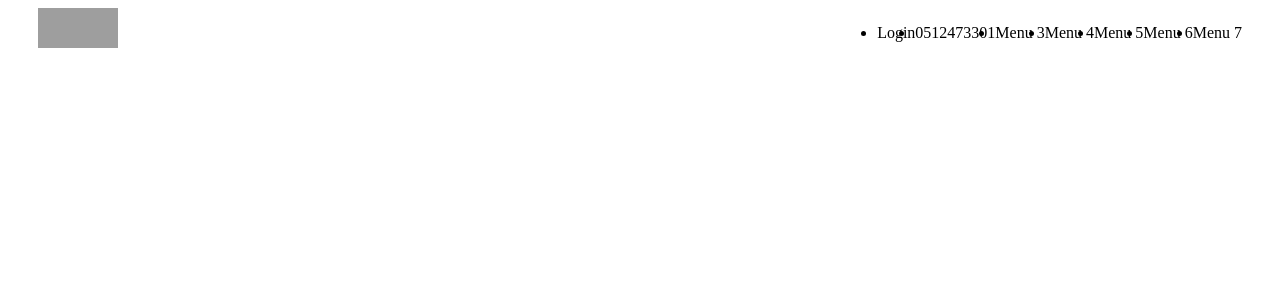
Repository: syedali042/quadacts-cucurico
Page: index.html
These files come from the project's save history. The page is drawn as it stood at one moment and after the next save; the edit follows.
The browser window is 1280 px wide. The pictures show the whole page.
Pictures or frames that could not be fetched are drawn as grey boxes.

Above is the page before, as saved 2021-10-03 21:04:04.

### index.html
<!DOCTYPE html>
<html lang="en">
<head>
    <meta charset="UTF-8">
    <meta http-equiv="X-UA-Compatible" content="IE=edge">
    <meta name="viewport" content="width=device-width, initial-scale=1.0">
    <link rel="stylesheet" href="index.css">
    <title>Cucurico</title>
</head>
<body>

    <section class="header">

        <div class="header-container">
            <div class="logo-container">
                <img src="logo.jpg" alt="" class="logo">
            </div>
            <div class="menu-container">
                <div class="menu">
                    <ul>
                        <li>Login</li>
                        <li>0512473301</li>
                        <li>Menu 3</li>
                        <li>Menu 4</li>
                        <li>Menu 5</li>
                        <li>Menu 6</li>
                        <li>Menu 7</li>
                    </ul>
                </div>
            </div>
        </div>

    </section>

</body>
</html>

### index.css
.header{
    background: #fff;
}

.header-container{
    display: flex;
    padding-left: 30px;
    padding-right: 30px;
}
.logo-container{
    width:30%;
}
.logo{
    width: 80px;
    height: 40px;
}
.menu-container{
    width: 70%;
}
.menu ul{
    display: flex;
    align-items: center;
    justify-content: right;
    padding-left: 30px
}







/*##Device = Desktops
##Screen = 1281px to higher resolution desktops
*/



@media (min-width: 1281px) {

/* CSS */



}

/*
##Device = Laptops, Desktops
##Screen = B/w 1025px to 1280px
*/

@media (min-width: 1025px) and (max-width: 1280px) {

/* CSS */

}

/*
##Device = Tablets, Ipads (portrait)
##Screen = B/w 768px to 1024px
*/

@media (min-width: 768px) and (max-width: 1024px) {

/* CSS */

}

/*
##Device = Tablets, Ipads (landscape)
##Screen = B/w 768px to 1024px
*/

@media (min-width: 768px) and (max-width: 1024px) and (orientation: landscape) {

/* CSS */

}

/*
##Device = Low Resolution Tablets, Mobiles (Landscape)
##Screen = B/w 481px to 767px
*/

@media (min-width: 481px) and (max-width: 767px) {

/* CSS */

}

/*
##Device = Most of the Smartphones Mobiles (Portrait)
##Screen = B/w 320px to 479px
*/

@media (min-width: 320px) and (max-width: 480px) {

/* CSS */

}
/*
#Device = Desktops
##Screen = 1281px to higher resolution desktops
*/

@media (min-width: 1281px) {

/* CSS */

}

/*
##Device = Laptops, Desktops
##Screen = B/w 1025px to 1280px
*/

@media (min-width: 1025px) and (max-width: 1280px) {

/* CSS */

}

/*
##Device = Tablets, Ipads (portrait)
##Screen = B/w 768px to 1024px
*/

@media (min-width: 768px) and (max-width: 1024px) {

/* CSS */

}

/*
##Device = Tablets, Ipads (landscape)
##Screen = B/w 768px to 1024px
*/

@media (min-width: 768px) and (max-width: 1024px) and (orientation: landscape) {

/* CSS */

}

/*
##Device = Low Resolution Tablets, Mobiles (Landscape)
##Screen = B/w 481px to 767px
*/

@media (min-width: 481px) and (max-width: 767px) {

/* CSS */

}

/*
##Device = Most of the Smartphones Mobiles (Portrait)
##Screen = B/w 320px to 479px
*/

@media (min-width: 320px) and (max-width: 480px) {

/* CSS */

}

After the next save:
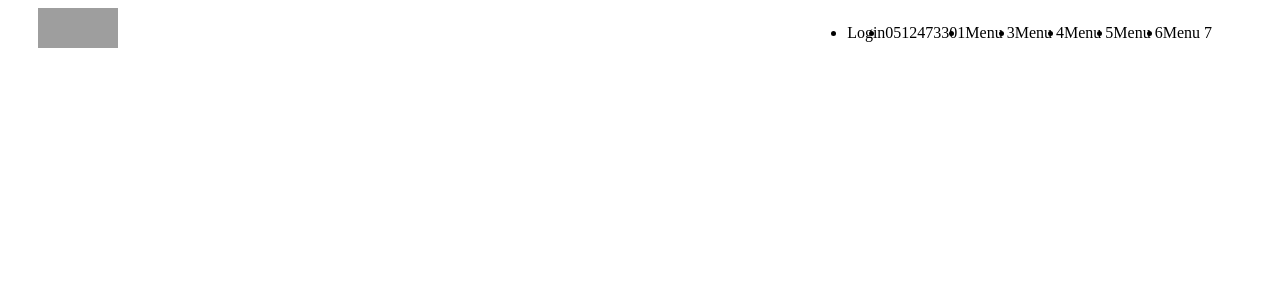
Saved 15 s later.
--- a/index.css
+++ b/index.css
@@ -21,7 +21,7 @@
     display: flex;
     align-items: center;
     justify-content: right;
-    padding-left: 30px
+    padding-right: 30px
 }
 
 
